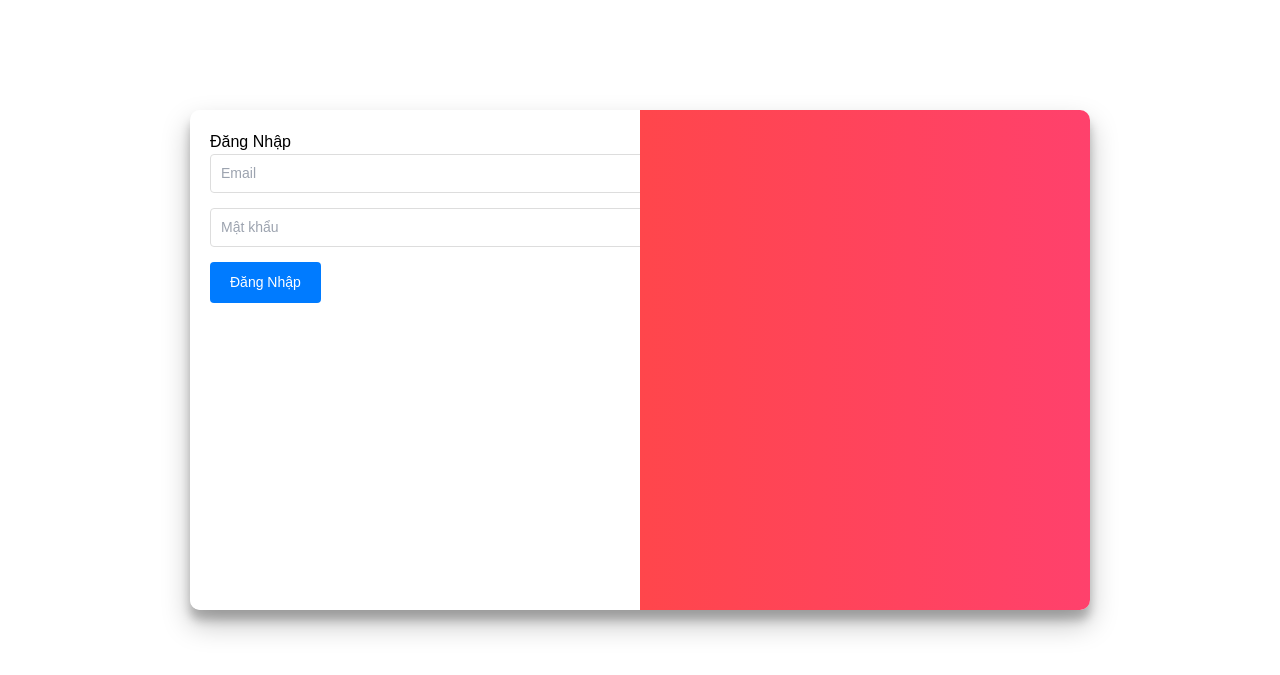
Repository: BlackWolf2002/project_airbn_react
Page: /admin/bookings
These files come from the project's save history. The page is drawn as it stood at one moment and after the next save; the edit follows.
The browser window is 1280 px wide. The pictures show the whole page.
The project was rebuilt for these pictures with package versions that can differ from the ones it lists, and the page was loaded fresh each time. Also part of the build but not shown: vite.config.js, src/api/apiService.js, src/style/Home.css, src/components/Navbar.jsx, src/style/Footer.css, src/components/Footer.jsx, src/components/Home.jsx, src/style/Admin.css and 17 more.

Above is the page before, as saved 2025-02-16 19:32:23.

After the next save:
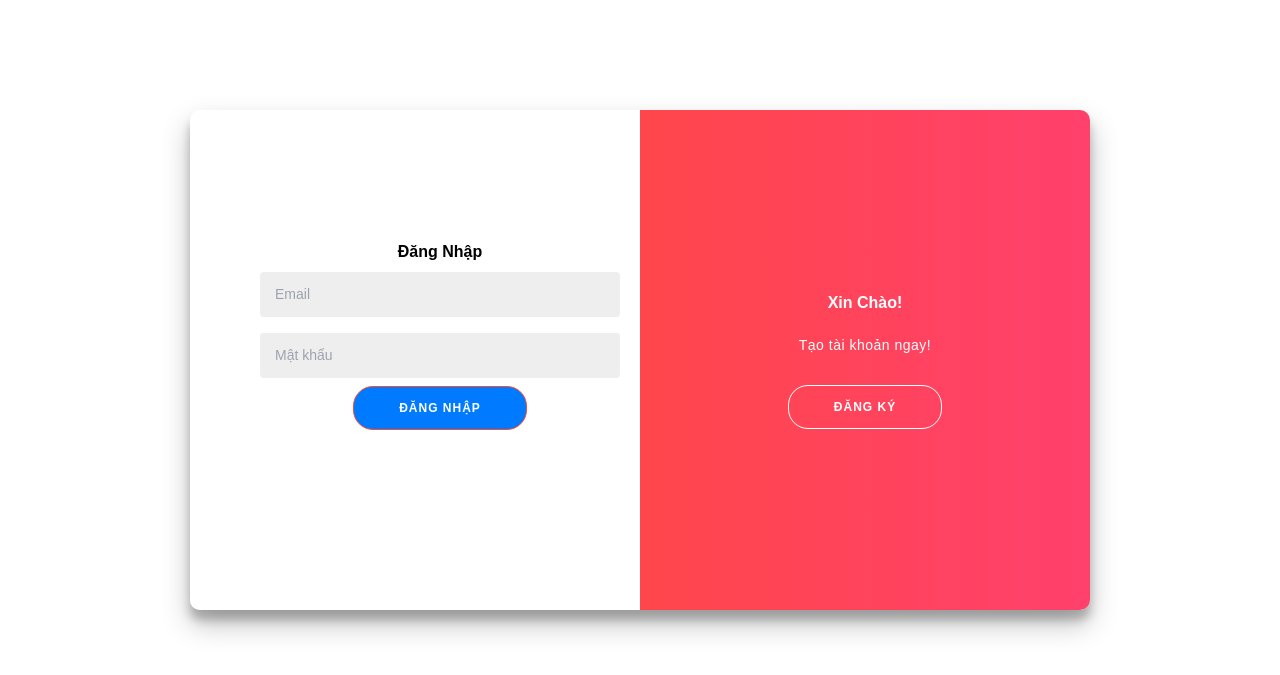
Saved 4 s later.
--- a/src/style/Login.css
+++ b/src/style/Login.css
@@ -1,43 +1,98 @@
 .container-login {
-    display: flex;
-    justify-content: center;
-    align-items: center;
+    background-color: #fff;
+    border-radius: 10px;
+    box-shadow: 0 14px 28px rgba(0, 0, 0, 0.25), 0 10px 10px rgba(0, 0, 0, 0.22);
     position: absolute;
     top: 50%;
     left: 50%;
     transform: translate(-50%, -50%);
-    width: 90%;
     max-width: 900px;
+    width: 100%;
     min-height: 500px;
-    background-color: #fff;
-    border-radius: 10px;
-    box-shadow: 0 14px 28px rgba(0, 0, 0, 0.25), 0 10px 10px rgba(0, 0, 0, 0.22);
     font-family: "Montserrat", sans-serif;
+    display: flex;
+    flex-direction: row;
+    align-items: center;
+    justify-content: center;
     overflow: hidden;
 }
 
-.form-container {
-    width: 50%;
-    padding: 50px;
+.container-login h1 {
+    font-weight: bold;
+    margin: 0;
 }
 
-.sign-in-container,
-.sign-up-container {
+.container-login p {
+    font-size: 14px;
+    font-weight: 100;
+    line-height: 20px;
+    letter-spacing: 0.5px;
+    margin: 20px 0 30px;
+}
+
+.container-login a {
+    color: #333;
+    font-size: 14px;
+    text-decoration: none;
+    margin: 15px 0;
+}
+
+.container-login button {
+    border-radius: 20px;
+    border: 1px solid #ff4b2b;
+    background-color: #ff4b2b;
+    color: #ffffff;
+    font-size: 12px;
+    font-weight: bold;
+    padding: 12px 45px;
+    letter-spacing: 1px;
+    text-transform: uppercase;
+    transition: transform 80ms ease-in;
+}
+
+.container-login button:active {
+    transform: scale(0.95);
+}
+
+.container-login button:focus {
+    outline: none;
+}
+
+.container-login button.ghost {
+    background-color: transparent;
+    border-color: #ffffff;
+}
+
+.container-login form {
+    background-color: #ffffff;
+    display: flex;
+    align-items: center;
+    justify-content: center;
+    flex-direction: column;
+    padding: 0 50px;
+    height: 100%;
+    text-align: center;
+}
+
+.container-login input {
+    background-color: #eee;
+    border: none;
+    padding: 12px 15px;
+    margin: 8px 0;
+    width: 100%;
+}
+
+.form-container {
     position: absolute;
     top: 0;
+    height: 100%;
     width: 50%;
-    height: 100%;
-    transition: transform 0.6s ease-in-out;
+    transition: transform 0.6s ease-in-out, opacity 0.6s ease-in-out;
 }
 
 .sign-in-container {
     left: 0;
     z-index: 2;
-}
-
-.container-login.right-panel-active .sign-in-container {
-    transform: translateX(100%);
-    opacity: 0;
 }
 
 .sign-up-container {
@@ -46,8 +101,14 @@
     opacity: 0;
 }
 
+.container-login.right-panel-active .sign-in-container {
+    transform: translateX(100%);
+    opacity: 0;
+    z-index: 1;
+}
+
 .container-login.right-panel-active .sign-up-container {
-    transform: translateX(-50%);
+    transform: translateX(0);
     opacity: 1;
     z-index: 5;
 }
@@ -60,16 +121,16 @@
     height: 100%;
     overflow: hidden;
     transition: transform 0.6s ease-in-out;
-    z-index: 10;
+    z-index: 100;
 }
 
-/* Khi active, overlay dịch sang trái */
 .container-login.right-panel-active .overlay-container {
     transform: translateX(-100%);
 }
 
-/* Hiệu ứng chuyển đổi giữa 2 panel */
 .overlay {
+    background: #ff416c;
+    background: -webkit-linear-gradient(to right, #ff4b2b, #ff416c);
     background: linear-gradient(to right, #ff4b2b, #ff416c);
     background-repeat: no-repeat;
     background-size: cover;
@@ -83,7 +144,42 @@
     transition: transform 0.6s ease-in-out;
 }
 
-/* Khi active, overlay sẽ dịch chuyển */
 .container-login.right-panel-active .overlay {
     transform: translateX(50%);
 }
+
+.overlay-panel {
+    position: absolute;
+    display: flex;
+    align-items: center;
+    justify-content: center;
+    flex-direction: column;
+    padding: 0 40px;
+    text-align: center;
+    top: 0;
+    height: 100%;
+    width: 50%;
+    transform: translateX(0);
+    transition: transform 0.6s ease-in-out;
+}
+
+.overlay-left {
+    transform: translateX(-20%);
+}
+
+.container-login.right-panel-active .overlay-left {
+    transform: translateX(0);
+}
+
+.overlay-right {
+    right: 0;
+    transform: translateX(0);
+}
+
+.container-login.right-panel-active .overlay-right {
+    transform: translateX(20%);
+}
+
+.container-login .social-container {
+    margin: 20px 0;
+}
